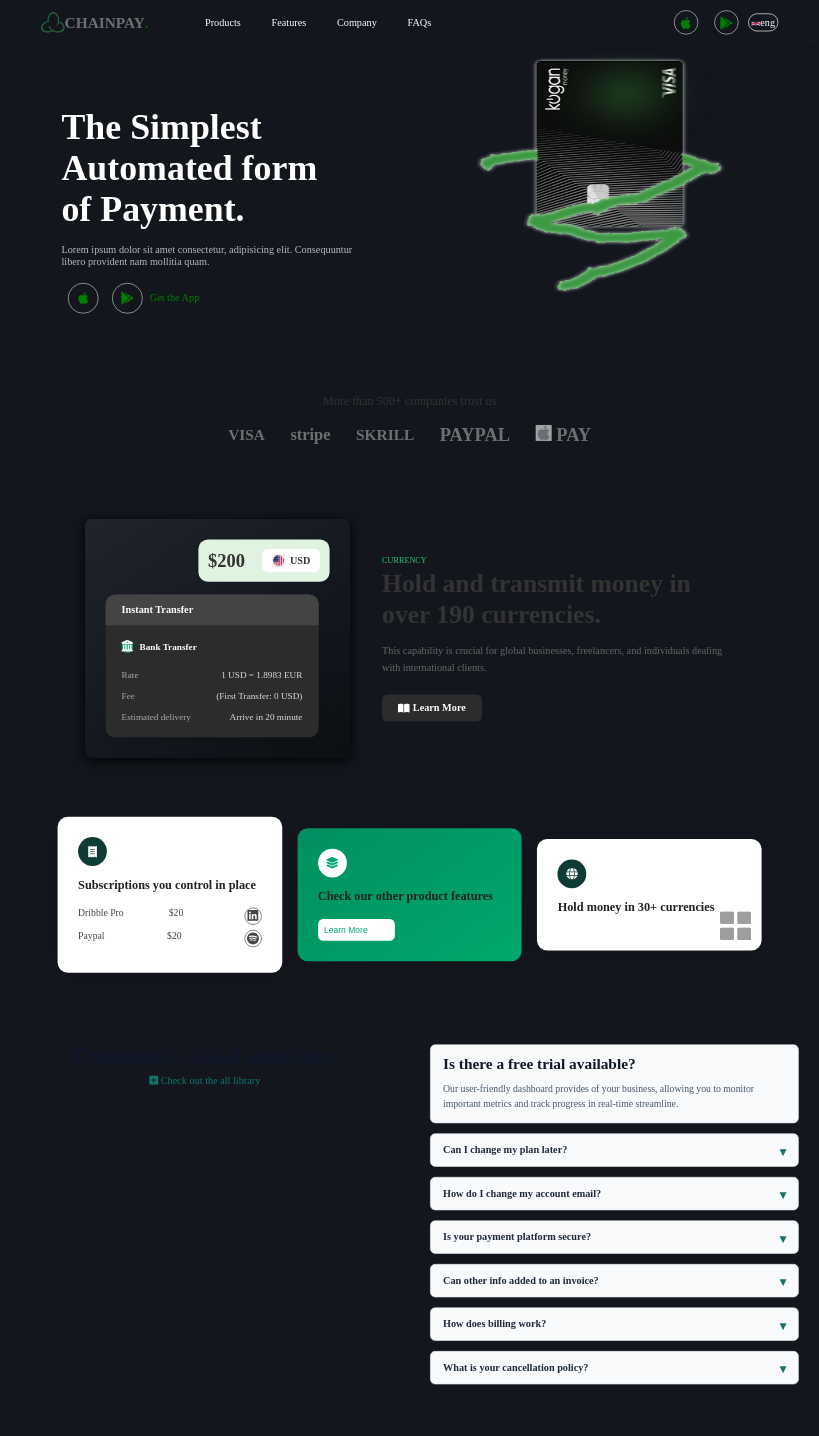
Repository: Austinokezie/Fintech-landing-page
Page: Chainpay.html
The author's editor kept a copy of each file at every save. The page is drawn from the files as they stood at one save, then again after the next save.
The browser window is 1280 px wide. The pictures show the whole page, at 64% of full size.
Pictures or frames that could not be fetched are drawn as grey boxes. Some web libraries are served in a nearby version.

Above is the page before, as saved 2025-10-15 22:59:38.

After the next save:
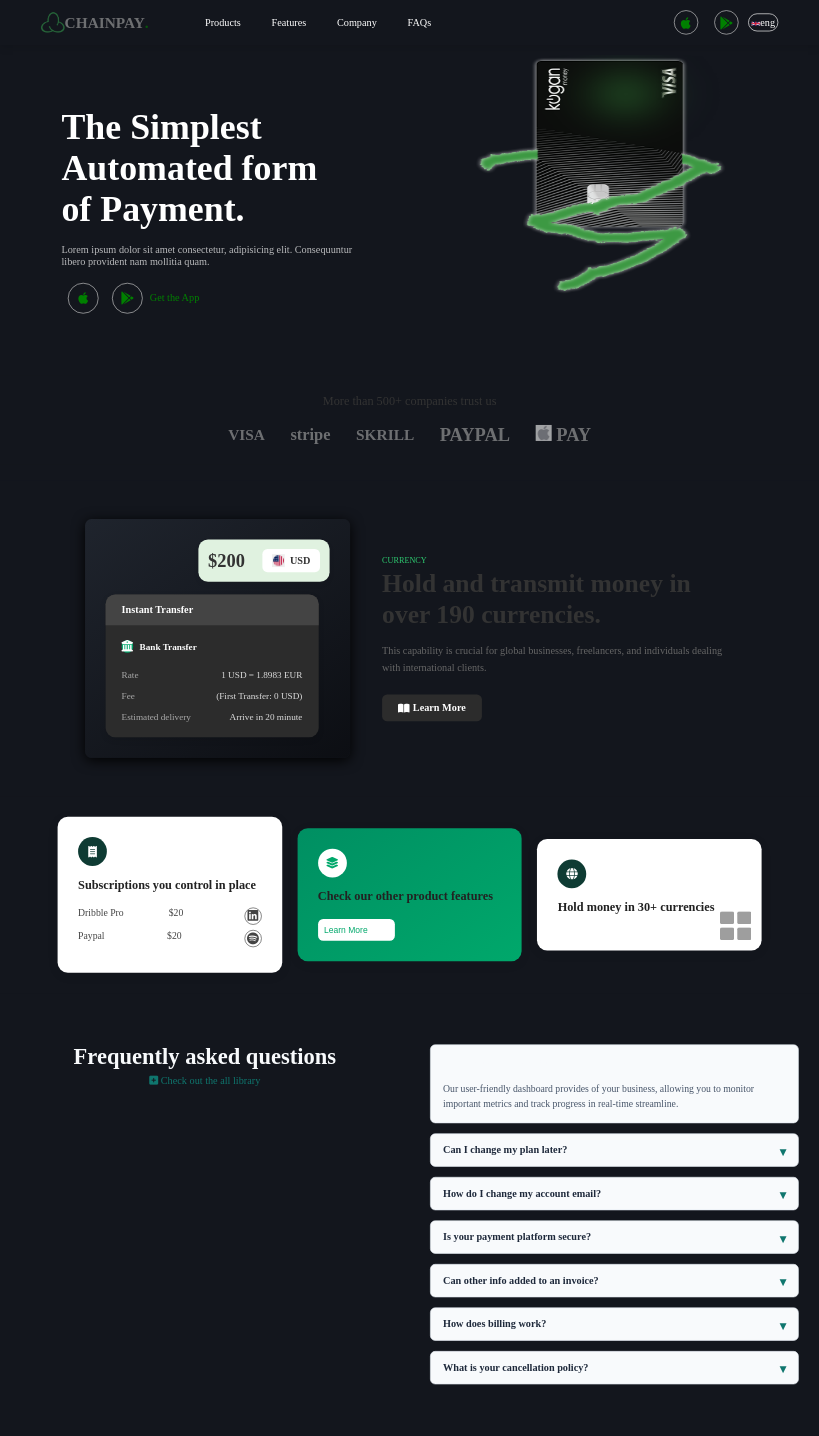
Saved 46 s later.
--- a/Chainpay.css
+++ b/Chainpay.css
@@ -542,7 +542,7 @@
   gap: 4rem;
   padding: 5rem 2rem;
   background-color: #13161d;
-  color: #0f172a;
+  color: #f8fafc;
 }
 
 .faq-header {
